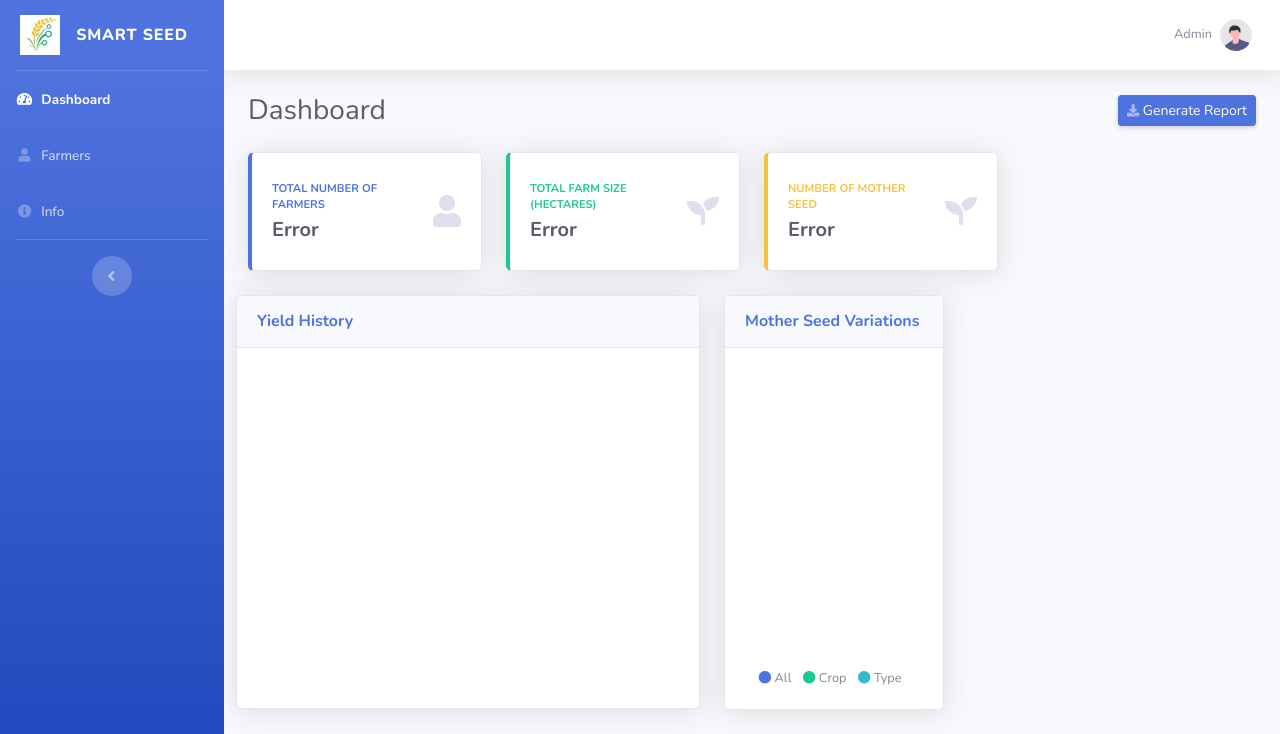
Repository: IFoundGeorge/Smart-Seed-v8-master
Page: src/index.html
An editor plug-in stored every save of this project. The page is shown before and after the next save, followed by the edit.
The browser window is 1280 px wide. The pictures show the whole page.
The page's requests for data from a server got no answer.

Above is the page before, as saved 2025-03-18 21:12:57.

After the next save:
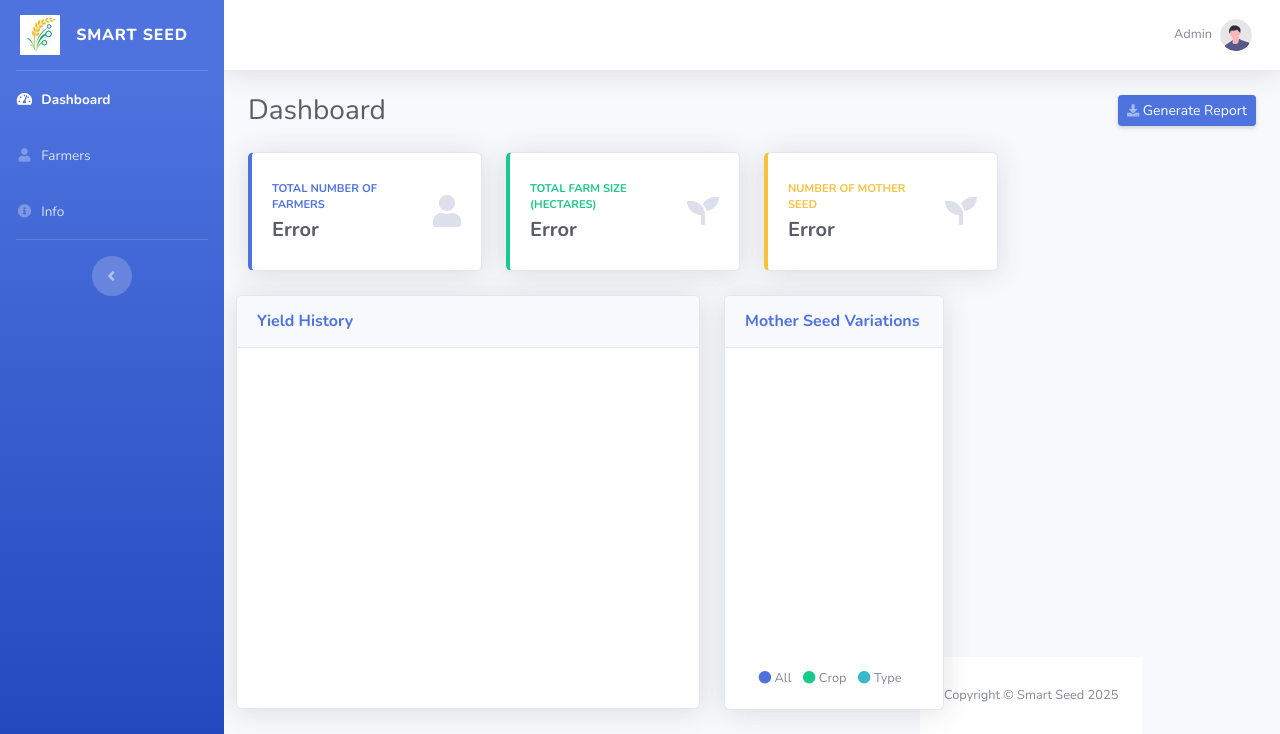
Saved 20 s later.
--- a/src/index.html
+++ b/src/index.html
@@ -424,6 +424,20 @@
             <!-- End of Main Content -->
 
             <!-- Footer -->
+            <div id="wrapper">
+                <div id="content-wrapper" class="d-flex flex-column">
+                    <div id="content">
+                        <!-- Page content goes here -->
+                    </div>
+                    <footer class="sticky-footer bg-white">
+                        <div class="container my-auto">
+                            <div class="copyright text-center my-auto">
+                                <span>Copyright &copy; Smart Seed 2025</span>
+                            </div>
+                        </div>
+                    </footer>
+                </div>
+            </div>
             <!-- End of Footer -->
 
         </div>
